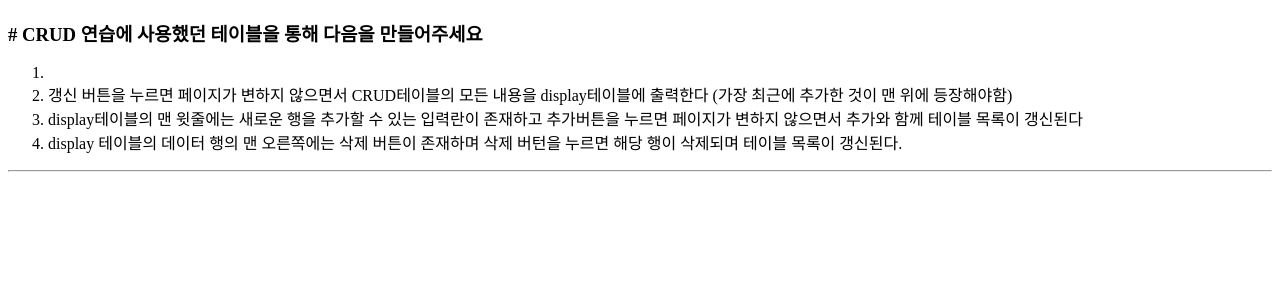
Repository: sirius455/spring-workspace
Page: http://localhost/Spring_REST/WEB-INF/views/ajax/crud_home.jsp
An editor plug-in stored every save of this project. The page is shown before and after the next save, followed by the edit.
The browser window is 1280 px wide. The pictures show the whole page.
The page is served by Tomcat 9. Nobody is signed in. The template is opened directly, without the code that normally fills it, so the values that code supplies are empty.

Above is the page before, as saved 2021-08-05 06:08:00.

After the next save:
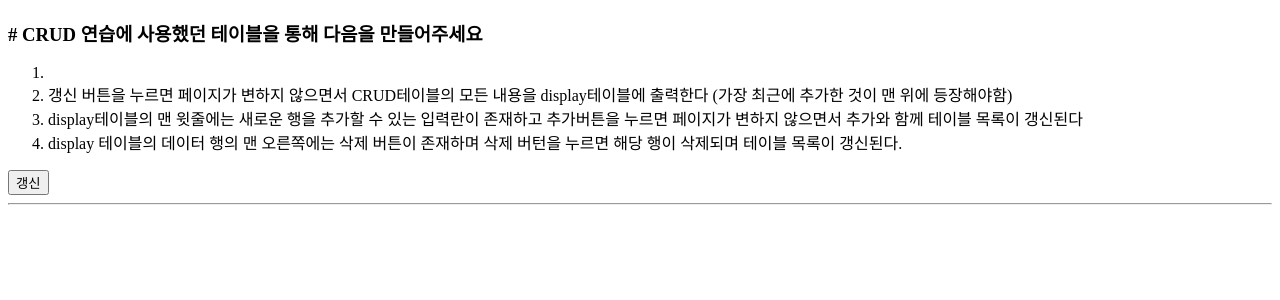
Saved 22 s later.
--- a/Spring_REST/src/main/webapp/WEB-INF/views/ajax/crud_home.jsp
+++ b/Spring_REST/src/main/webapp/WEB-INF/views/ajax/crud_home.jsp
@@ -26,6 +26,8 @@
 
 </ol>
 
+<button>갱신</button>
+
 <hr>
 
 <table id="display"></table>
